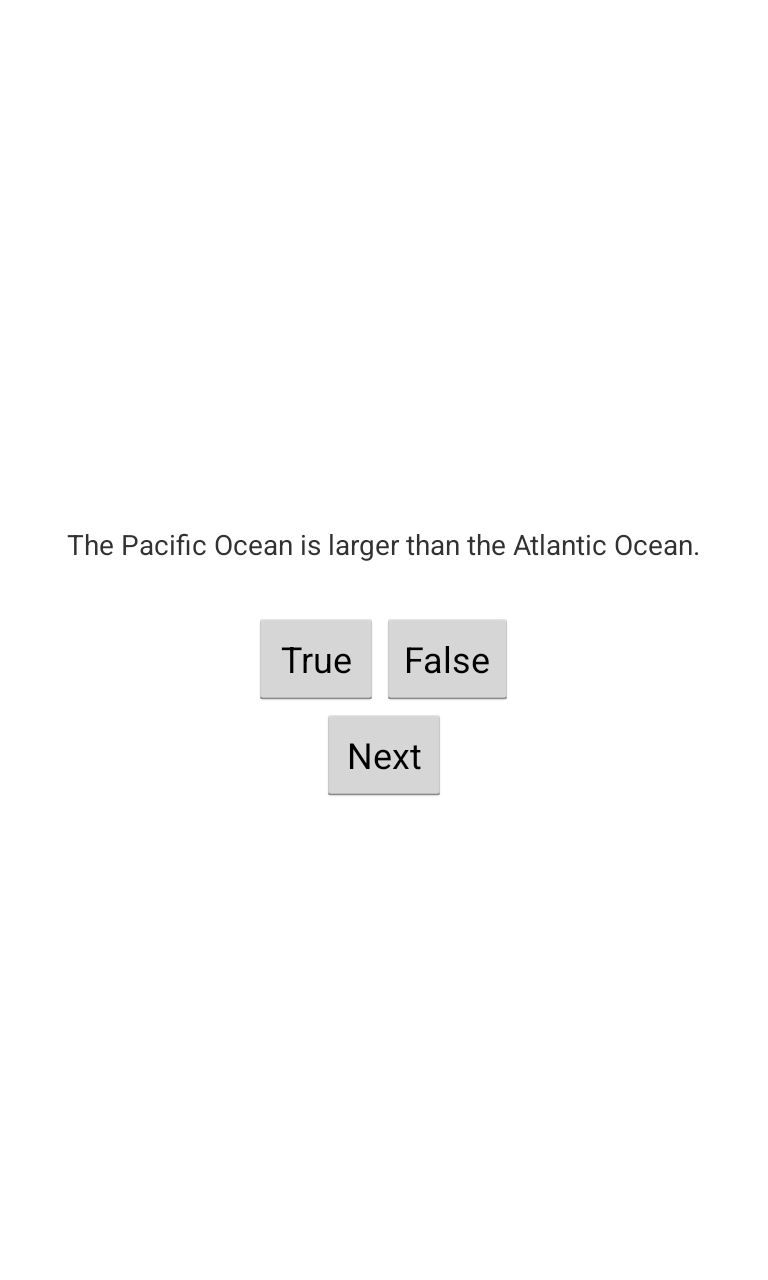
Repository: amukoseev/Android_projects
Layout: GeoQuiz/res/layout/activity_quiz.xml
The author's editor kept a copy of each file at every save. The layout is drawn from the files as they stood at one save, then again after a run of saves.
It is drawn on a 768 x 1280 px phone screen (xhdpi) without system bars, with theme AppTheme; the app's code is not run.

Above is the layout before, as saved 2014-12-03 14:24:46.

### GeoQuiz/res/layout/activity_quiz.xml
<LinearLayout xmlns:android="http://schemas.android.com/apk/res/android"
    xmlns:tools="http://schemas.android.com/tools"
    android:layout_width="match_parent"
    android:layout_height="match_parent"
	android:gravity="center"
	android:orientation="vertical"
    tools:context=".QuizActivity" >

    <TextView
        android:id="@+id/question_text_view"
        android:layout_width="wrap_content"
        android:layout_height="wrap_content"
        android:text="@string/question_oceans"
        android:padding="24dp" />

	<LinearLayout
		android:layout_width="wrap_content"
		android:layout_height="wrap_content"
		android:orientation="horizontal" >
		<Button
			android:id="@+id/true_button"
			android:layout_width="wrap_content"
			android:layout_height="wrap_content"
			android:text="@string/true_button" />
		<Button
			android:id="@+id/false_button"
			android:layout_width="wrap_content"
			android:layout_height="wrap_content"
			android:text="@string/false_button" />
	</LinearLayout>
	<Button
		android:id="@+id/next_button"
		android:layout_width="wrap_content"
		android:layout_height="wrap_content"
		android:text="@string/next_button" />
</LinearLayout>

### GeoQuiz/res/values/strings.xml
<?xml version="1.0" encoding="utf-8"?>
<resources>

    <string name="app_name">GeoQuiz</string>
    <string name="action_settings">Settings</string>
    <string name="hello_world">Hello!</string>
    <string name="true_button">True</string>
    <string name="false_button">False</string>
	<string name="next_button">Next</string>
	<string name="correct_toast">Correct!</string>
	<string name="incorrect_toast">Incorrect!</string>
	<string name="menu_settings">Settings</string>
	<string name="question_oceans">The Pacific Ocean is larger than the Atlantic Ocean.</string>
	<string name="question_mideast">The Suez Canal connects the Red Sea and the Indian Ocean.</string>
	<string name="question_africa">The source of the Nile River is in Egypt.</string>
	<string name="question_americas">The Amazon River is the longest river in the Americas.</string>
	<string name="question_asia">Lake Baikal is the world\'s oldest and deepest freshwater lake.</string>

</resources>

Loaded but not shown: GeoQuiz/res/values/styles.xml (common file); GeoQuiz/res/values-v11/styles.xml (common file); GeoQuiz/res/values-v14/styles.xml (common file)

After the next 3 saves:
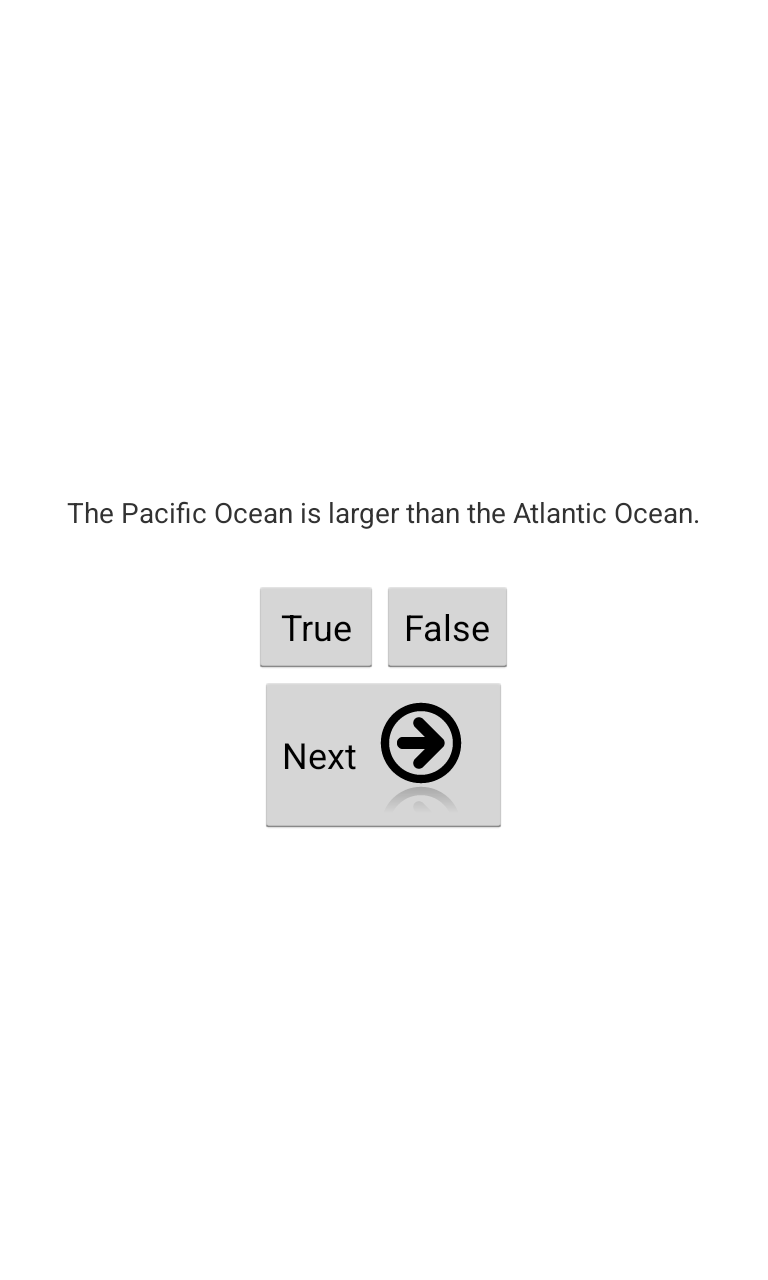
The 3 saves are shown as one change because 2 did not build or start.
The last was saved 3 h 2 min later.
--- a/GeoQuiz/res/layout/activity_quiz.xml
+++ b/GeoQuiz/res/layout/activity_quiz.xml
@@ -32,5 +32,7 @@
 		android:id="@+id/next_button"
 		android:layout_width="wrap_content"
 		android:layout_height="wrap_content"
-		android:text="@string/next_button" />
+		android:text="@string/next_button"
+		android:drawableRight="@drawable/arrow_right"
+		 />
 </LinearLayout>
